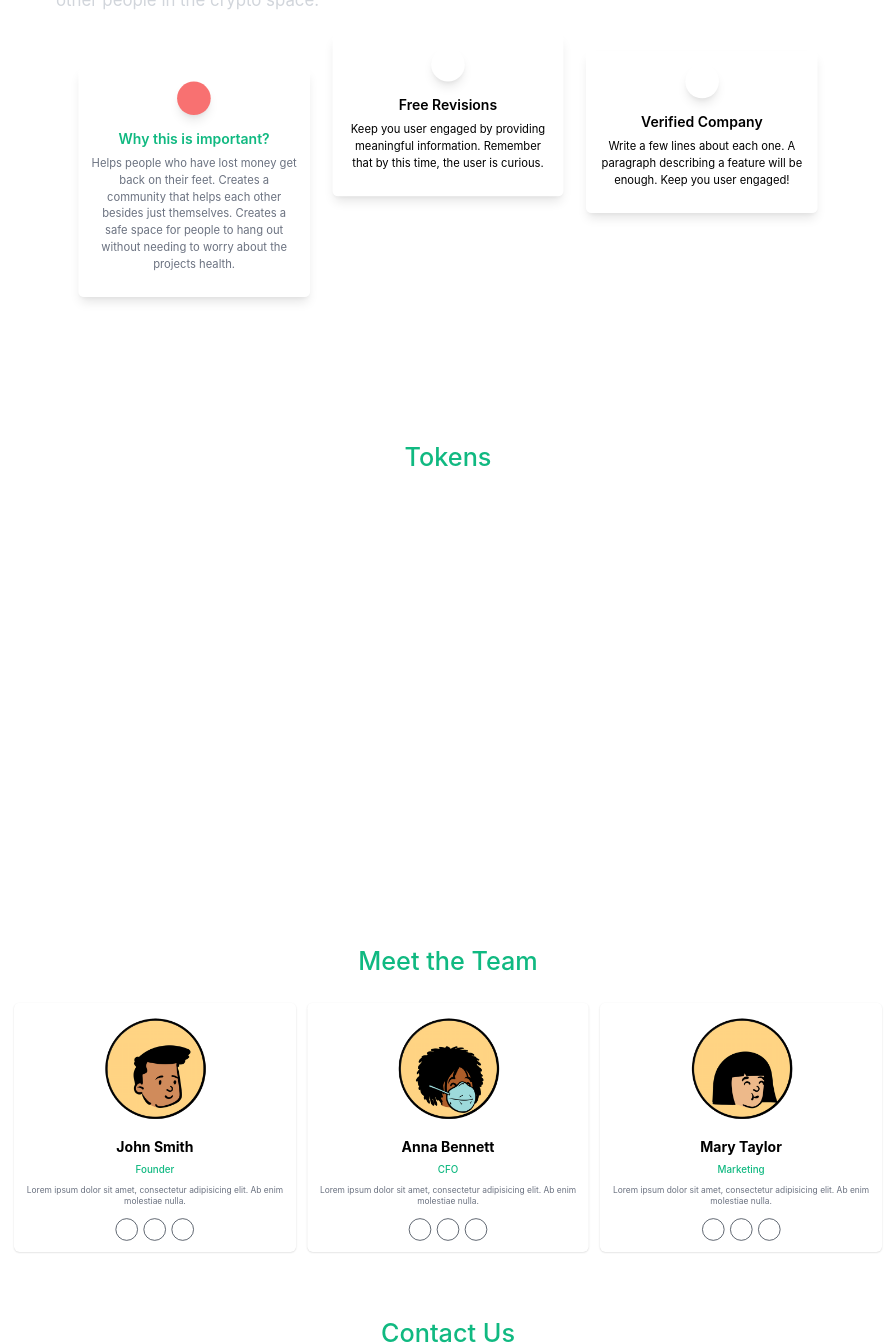
Repository: rhinorphan/phat-landing-page
Page: /
These files come from the project's save history. The page is drawn as it stood at one moment and after the next save; the edit follows.
The browser window is 1280 px wide. The pictures show the part of the page from y = 1528 to 3448 px (the page is 4064 px tall before and 4096 px after), at 70% of full size.
The project was rebuilt for these pictures with package versions that can differ from the ones it lists, and the page was loaded fresh each time. Also part of the build but not shown: craco.config.js.

Above is the page before, as saved 2021-11-17 17:31:29.

### public/index.html
<!DOCTYPE html>
<html lang="en">
  <head>
    <meta charset="utf-8" />
    <link rel="icon" href="%PUBLIC_URL%/assets/images/server_icon.png" />
    <meta name="PHAT" content="width=device-width, initial-scale=1" />
    <meta name="theme-color" content="#000000" />
    <meta
      name="description"
      content="PHAT Landing Page"
    />
    <link rel="apple-touch-icon" href="%PUBLIC_URL%/assets/images/server_icon.png" />
    <!--
      manifest.json provides metadata used when your web app is installed on a
      user's mobile device or desktop. See https://developers.google.com/web/fundamentals/web-app-manifest/
    -->
    <link rel="manifest" href="%PUBLIC_URL%/manifest.json" />
    <!--
      Notice the use of %PUBLIC_URL% in the tags above.
      It will be replaced with the URL of the `public` folder during the build.
      Only files inside the `public` folder can be referenced from the HTML.

      Unlike "/favicon.ico" or "favicon.ico", "%PUBLIC_URL%/favicon.ico" will
      work correctly both with client-side routing and a non-root public URL.
      Learn how to configure a non-root public URL by running `npm run build`.
    -->
    <title>Party Hats</title>
  </head>
  <body>
    <noscript>You need to enable JavaScript to run this app.</noscript>
    <div id="root"></div>
    <!--
      This HTML file is a template.
      If you open it directly in the browser, you will see an empty page.

      You can add webfonts, meta tags, or analytics to this file.
      The build step will place the bundled scripts into the <body> tag.

      To begin the development, run `npm start` or `yarn start`.
      To create a production bundle, use `npm run build` or `yarn build`.
    -->
  </body>
</html>

### src/App.js
import logo from './logo.svg';
import './App.css';
import Header from './components/Header';
import Contact from './components/Contact';
import Landing from './components/Landing';
import Community from './components/Community';
import Tokens from './components/Tokens';
import About from './components/About';

function App() {
  return (
    <div className="app">
        <Header />
        <div className="app__body">
          <Landing />
          <Community />
          <Tokens />
          <About />
          <Contact />
        </div>
    </div>
  );
}

export default App;

### src/App.css
.active {
  @apply py-4 px-2 text-green-500 border-b-4 border-green-500 font-semibold
}

.active2 {
  @apply block text-sm px-2 py-4 text-white bg-green-500 font-semibold
}

.nobull {
  list-style-type: none;
}

### src/components/Header.js
import React from 'react';
import { Link, animateScroll as scroll } from "react-scroll";

function Header() {

  const handleSubmit = (e) => {
    e.preventDefault();

		const menu = document.querySelector(".mobile-menu");

		menu.classList.toggle("hidden");
  }
  const scrollToTop = (e) => {
    scroll.scrollToTop();
  };

  return (
    <nav class="bg-white shadow-lg sticky top-0">
			<div class="max-w-6xl mx-auto px-4">
				<div class="flex justify-between">
					<div class="flex space-x-7">
						<div>
							<a href="" class="flex items-center py-4 px-2">
								<img src={`${process.env.PUBLIC_URL}/assets/images/server_icon.png`} alt="Logo" class="inline object-cover w-12 h-12 mr-4 rounded-full"/>
								<span onClick={scrollToTop}class="font-semibold text-gray-500 text-lg">Party Hats</span>
							</a>
						</div>
						<div class="hidden md:flex items-center space-x-1 nobull">
              <li><Link activeClass="active" className="py-4 px-2 text-gray-500 font-semibold hover:text-green-500 transition duration-300 cursor-pointer"
              to="landing" spy={true} smooth={true} duration={500}>Home</Link></li>
							<li><Link activeClass="active" className="py-4 px-2 text-gray-500 font-semibold hover:text-green-500 transition duration-300 cursor-pointer"
              to="community" spy={true} smooth={true} duration={500}>Community</Link></li>
              <li><Link activeClass="active" className="py-4 px-2 text-gray-500 font-semibold hover:text-green-500 transition duration-300 cursor-pointer"
              to="token" spy={true} smooth={true} duration={500}>Tokens</Link></li>
							<li><Link activeClass="active" className="py-4 px-2 text-gray-500 font-semibold hover:text-green-500 transition duration-300 cursor-pointer"
              to="about" spy={true} smooth={true} duration={500}>About</Link></li>
							<li><Link activeClass="active" className="py-4 px-2 text-gray-500 font-semibold hover:text-green-500 transition duration-300 cursor-pointer"
              to="contact" spy={true} smooth={true} duration={500}>Contact</Link></li>
						</div>
					</div>
					<div class="hidden md:flex items-center space-x-3 ">
						<a target="_blank" rel="noopener noreferrer" href="https://tetr.io/" class="py-2 px-8 font-medium text-white bg-green-500 hover:bg-green-400 transition duration-300 rounded-full">Play</a>
					</div>
					<div class="md:hidden flex items-center">
						<button class="outline-none mobile-menu-button" onClick={handleSubmit}>
						<svg class=" w-6 h-6 text-gray-500 hover:text-green-500 "
							x-show="!showMenu"
							fill="none"
							stroke-linecap="round"
							stroke-linejoin="round"
							stroke-width="2"
							viewBox="0 0 24 24"
							stroke="currentColor"
						>
							<path d="M4 6h16M4 12h16M4 18h16"></path>
						</svg>
					</button>
					</div>
				</div>
			</div>
			<div class="hidden mobile-menu">
				<ul class="">
					<li><Link activeClass="active2" className="block text-sm px-2 py-4 hover:bg-green-500 transition duration-300 hover:text-white cursor-pointer"
              to="landing" spy={true} smooth={true} duration={500}>Home</Link></li>
					<li><Link activeClass="active2" className="block text-sm px-2 py-4 hover:bg-green-500 transition duration-300 hover:text-white cursor-pointer"
              to="community" spy={true} smooth={true} duration={500}>Community</Link></li>
          <li><Link activeClass="active2" className="block text-sm px-2 py-4 hover:bg-green-500 transition duration-300 hover:text-white cursor-pointer"
              to="token" spy={true} smooth={true} duration={500}>Tokens</Link></li>
					<li><Link activeClass="active2" className="block text-sm px-2 py-4 hover:bg-green-500 transition duration-300 hover:text-white cursor-pointer"
              to="about" spy={true} smooth={true} duration={500}>About</Link></li>
					<li><Link activeClass="active2" className="block text-sm px-2 py-4 hover:bg-green-500 transition duration-300 hover:text-white cursor-pointer"
              to="contact" spy={true} smooth={true} duration={500}>Contact</Link></li>
				</ul>
			</div>
		</nav>
  )
}

export default Header

### src/components/Contact.js
import React from 'react'
import { Link, animateScroll as scroll } from "react-scroll";

function Contact() {

  return (
    <section
      className="text-gray-700 body-font h-100" name="contact">
        <div className="container px-5 py-18 mx-auto">
          <div className="flex flex-col text-center w-full mb-12">
            <h1 className="sm:text-4xl text-2xl font-medium title-font mb-4 text-green-500">
              Contact Us
            </h1>
            <p className="lg:w-2/3 mx-auto leading-relaxed text-base">
            Neque porro quisquam est qui dolorem ipsum quia dolor sit amet, consectetur, adipisci velit.
            </p>
          </div>
          <div className="lg:w-1/2 md:w-2/3 mx-auto">
            <div className="flex flex-wrap -m-2">
              <div className="p-2 w-1/2">
                <div className="">
                  <label for="name" className="leading-7 text-sm text-gray-600">
                    Name
                  </label>
                  <input
                    type="text"
                    id="name"
                    name="name"
                    className="w-full bg-gray-100 rounded border border-gray-300 focus:border-green-500 text-base outline-none text-gray-700 py-1 px-3 leading-8 transition-colors duration-200 ease-in-out"
                  />
                </div>
              </div>
              <div className="p-2 w-1/2">
                <div className="">
                  <label
                    for="email"
                    className="leading-7 text-sm text-gray-600"
                  >
                    Email
                  </label>
                  <input
                    type="email"
                    id="email"
                    name="email"
                    className="w-full bg-gray-100 rounded border border-gray-300 focus:border-green-500 text-base outline-none text-gray-700 py-1 px-3 leading-8 transition-colors duration-200 ease-in-out"
                  />
                </div>
              </div>
              <div className="p-2 w-full">
                <div className="">
                  <label
                    for="message"
                    className="leading-7 text-sm text-gray-600"
                  >
                    Message
                  </label>
                  <textarea
                    id="message"
                    name="message"
                    className="w-full bg-gray-100 rounded border border-gray-300 focus:border-green-500 h-32 text-base outline-none text-gray-700 py-1 px-3 resize-none leading-6 transition-colors duration-200 ease-in-out"
                  ></textarea>
                </div>
              </div>
              <div className="p-2 w-full">
                <button className="flex mx-auto py-2 px-8 font-medium text-white bg-green-500 rounded hover:bg-green-400 transition duration-300">
                  Send
                </button>
              </div>
              <div className="p-2 w-full pt-8 mt-8 border-t border-gray-200 text-center">
                <a className="text-green-500">example@email.com</a>
                <p className="leading-normal my-5">
                  49 Smith St.
                  <br />
                  Saint Cloud, MN 56301
                </p>
                <span className="inline-flex">
                  <a className="ml-4 text-gray-500">
                    <svg xmlns="http://www.w3.org/2000/svg" className="w-5 h-5" fill="currentColor" class="bi bi-discord" viewBox="0 0 16 16">
                      <path d="M13.545 2.907a13.227 13.227 0 0 0-3.257-1.011.05.05 0 0 0-.052.025c-.141.25-.297.577-.406.833a12.19 12.19 0 0 0-3.658 0 8.258 8.258 0 0 0-.412-.833.051.051 0 0 0-.052-.025c-1.125.194-2.22.534-3.257 1.011a.041.041 0 0 0-.021.018C.356 6.024-.213 9.047.066 12.032c.001.014.01.028.021.037a13.276 13.276 0 0 0 3.995 2.02.05.05 0 0 0 .056-.019c.308-.42.582-.863.818-1.329a.05.05 0 0 0-.01-.059.051.051 0 0 0-.018-.011 8.875 8.875 0 0 1-1.248-.595.05.05 0 0 1-.02-.066.051.051 0 0 1 .015-.019c.084-.063.168-.129.248-.195a.05.05 0 0 1 .051-.007c2.619 1.196 5.454 1.196 8.041 0a.052.052 0 0 1 .053.007c.08.066.164.132.248.195a.051.051 0 0 1-.004.085 8.254 8.254 0 0 1-1.249.594.05.05 0 0 0-.03.03.052.052 0 0 0 .003.041c.24.465.515.909.817 1.329a.05.05 0 0 0 .056.019 13.235 13.235 0 0 0 4.001-2.02.049.049 0 0 0 .021-.037c.334-3.451-.559-6.449-2.366-9.106a.034.034 0 0 0-.02-.019Zm-8.198 7.307c-.789 0-1.438-.724-1.438-1.612 0-.889.637-1.613 1.438-1.613.807 0 1.45.73 1.438 1.613 0 .888-.637 1.612-1.438 1.612Zm5.316 0c-.788 0-1.438-.724-1.438-1.612 0-.889.637-1.613 1.438-1.613.807 0 1.451.73 1.438 1.613 0 .888-.631 1.612-1.438 1.612Z"/>
                    </svg>
                  </a>
                  <a className="ml-4 text-gray-500">
                    <svg xmlns="http://www.w3.org/2000/svg" className="w-5 h-5" fill="currentColor" class="bi bi-telegram" viewBox="0 0 16 16">
                      <path d="M16 8A8 8 0 1 1 0 8a8 8 0 0 1 16 0zM8.287 5.906c-.778.324-2.334.994-4.666 2.01-.378.15-.577.298-.595.442-.03.243.275.339.69.47l.175.055c.408.133.958.288 1.243.294.26.006.549-.1.868-.32 2.179-1.471 3.304-2.214 3.374-2.23.05-.012.12-.026.166.016.047.041.042.12.037.141-.03.129-1.227 1.241-1.846 1.817-.193.18-.33.307-.358.336a8.154 8.154 0 0 1-.188.186c-.38.366-.664.64.015 1.088.327.216.589.393.85.571.284.194.568.387.936.629.093.06.183.125.27.187.331.236.63.448.997.414.214-.02.435-.22.547-.82.265-1.417.786-4.486.906-5.751a1.426 1.426 0 0 0-.013-.315.337.337 0 0 0-.114-.217.526.526 0 0 0-.31-.093c-.3.005-.763.166-2.984 1.09z"/>
                    </svg>
                  </a>
                </span>
              </div>
            </div>
          </div>
        </div>
      </section>
  )
}

export default Contact

### src/components/Landing.js
import React from 'react'
import { Link, animateScroll as scroll } from "react-scroll";

function Landing() {
  return (
    <section className="grid md:flex place-items-center h-screen py-10 px-4" name="landing">
      <div class="mx-16">
        <h2 class="text-4xl  font-bold mb-2 text-green-500">
          Community Arcade Cabinet
        </h2>
        <h3 class="text-2xl mb-2 text-gray-300">
        With your beloved games.
        </h3>
        <h3 class="text-2xl mb-8 text-green-500">
        Join the revolution!
        </h3>

        <button class="m-2 bg-white font-bold rounded-full py-4 px-8 shadow-lg uppercase tracking-wider text-green-500 hover:bg-green-400 transition duration-300 hover:text-white">
          <a target="_blank" rel="noopener noreferrer" href="https://lionell-moore.gitbook.io/crypto-party-hats/introductions/what-is-party-hats">Whitepaper</a>
        </button>
        <button class="m-2 bg-white font-bold rounded-full py-4 px-8 shadow-lg uppercase tracking-wider text-green-500 hover:bg-green-400 transition duration-300 hover:text-white">
          <a target="_blank" rel="noopener noreferrer" href="#"><Link activeClass="active"
              to="community" spy={true} smooth={true} duration={500}>Learn More</Link></a>
        </button>
      </div>
      <div className="w-full">
        <img src={`${process.env.PUBLIC_URL}/assets/images/landing.png`} alt="" className="h-full w-full"/>
      </div>
    </section>
  )
}

export default Landing

### src/components/Community.js
import React from 'react'

function Community() {
  return (
    <section className="grid md:grid place-items-center h-100 py-10 px-4" name="community">
      <div className="w-min-50">
        <img src={`${process.env.PUBLIC_URL}/assets/images/collab.png`} alt=""/>
      </div>
      <div class="mx-16 w-50">
        <h2 class="flex text-4xl  font-bold mb-2 text-green-500 justify-center">
        Party Hats?
        </h2>
        <h3 class="flex text-2xl mb-2 text-gray-300 justify-content">
        The Party Hats team and our community aims to be a central guild for anyone to join in and spend some time playing games with others as if you were at the arcade with friends. Out community will be more focused on helping fellow members who have either been rugpulled on or scammed by other people in the crypto space.
        </h3>
        <section class="pb-10 bg-blueGray-200 mt-8">
        <div class="container mx-auto px-4">
          <div class="flex flex-wrap">
            <div class="lg:pt-12 pt-6 w-full md:w-4/12 px-4 text-center">
              <div class="relative flex flex-col min-w-0 break-words bg-white w-full mb-8 shadow-lg rounded-lg">
                <div class="px-4 py-5 flex-auto">
                  <div class="text-white p-3 text-center inline-flex items-center justify-center w-12 h-12 mb-5 shadow-lg rounded-full bg-red-400">
                    <i class="fas fa-award"></i>
                  </div>
                  <h6 class="text-xl font-semibold text-green-500">Why this is important?</h6>
                  <p class="mt-2 mb-4 text-gray-500">
                  Helps people who have lost money get back on their feet.
                  Creates a community that helps each other besides just themselves.
                  Creates a safe space for people to hang out without needing to worry about the projects health.
                  </p>
                </div>
              </div>
            </div>
            <div class="w-full md:w-4/12 px-4 text-center">
              <div class="relative flex flex-col min-w-0 break-words bg-white w-full mb-8 shadow-lg rounded-lg">
                <div class="px-4 py-5 flex-auto">
                  <div class="text-white p-3 text-center inline-flex items-center justify-center w-12 h-12 mb-5 shadow-lg rounded-full bg-lightBlue-400">
                    <i class="fas fa-retweet"></i>
                  </div>
                  <h6 class="text-xl font-semibold">Free Revisions</h6>
                  <p class="mt-2 mb-4 text-blueGray-500">
                    Keep you user engaged by providing meaningful information.
                    Remember that by this time, the user is curious.
                  </p>
                </div>
              </div>
            </div>
            <div class="pt-6 w-full md:w-4/12 px-4 text-center">
              <div class="relative flex flex-col min-w-0 break-words bg-white w-full mb-8 shadow-lg rounded-lg">
                <div class="px-4 py-5 flex-auto">
                  <div class="text-white p-3 text-center inline-flex items-center justify-center w-12 h-12 mb-5 shadow-lg rounded-full bg-emerald-400">
                    <i class="fas fa-fingerprint"></i>
                  </div>
                  <h6 class="text-xl font-semibold">Verified Company</h6>
                  <p class="mt-2 mb-4 text-blueGray-500">
                    Write a few lines about each one. A paragraph describing a
                    feature will be enough. Keep you user engaged!
                  </p>
                </div>
              </div>
            </div>
          </div>
        </div>
        </section>
      </div>
    </section>
  )
}

export default Community

### src/components/Tokens.js
import React from 'react'

function Tokens() {
  return (
    <section name="token" className="h-screen container px-5 py-24 mx-auto flex justify-center">
      <p className="sm:text-4xl text-2xl font-medium title-font mb-4 text-green-500">Tokens</p>
    </section>
  )
}

export default Tokens

### src/components/About.js
import React from 'react'

// shadow-lg border border-gray-200 rounded-full overflow-hidden - picture TEAM div className

function About() {
  return (
    <section name="about" className="h-100 container px-5 py-24 mx-auto flex-col">
      <div>
        <p className="flex justify-center sm:text-4xl text-2xl font-medium title-font mb-10 text-green-500">Meet the Team</p>
      </div>
      <div class="flex flex-col sm:flex-row gap-4">

			<div class="flex flex-col items-center justify-center bg-white p-4 shadow rounded-lg">
				<div class="inline-flex h-40 w-40">
					<img src={`${process.env.PUBLIC_URL}/assets/images/team1.png`}
						 alt=""
						 class="h-full w-full"/>
				</div>

				<h2 class="mt-4 font-bold text-xl">John Smith</h2>
				<h6 class="mt-2 text-sm font-medium text-green-500">Founder</h6>

				<p class="text-xs text-gray-500 text-center mt-3">
					Lorem ipsum dolor sit amet, consectetur adipisicing elit. Ab enim molestiae nulla.
				</p>

				<ul class="flex flex-row mt-4 space-x-2">
					<li>
						<a href="" class="flex items-center justify-center h-8 w-8 border rounded-full text-gray-800 border-gray-800">
							<i class="fab fa-facebook"></i>
						</a>
					</li>
					<li>
						<a href="" class="flex items-center justify-center h-8 w-8 border rounded-full text-gray-800 border-gray-800">
							<i class="fab fa-twitter"></i>
						</a>
					</li>
					<li>
						<a href="" class="flex items-center justify-center h-8 w-8 border rounded-full text-gray-800 border-gray-800">
							<i class="fab fa-instagram"></i>
						</a>
					</li>
				</ul>
			</div>

			<div class="flex flex-col items-center justify-center bg-white p-4 shadow rounded-lg">
				<div class="inline-flex h-40 w-40">
					<img src={`${process.env.PUBLIC_URL}/assets/images/team2.png`}
						 alt=""
						 class="h-full w-full"/>
				</div>

				<h2 class="mt-4 font-bold text-xl">Anna Bennett</h2>
				<h6 class="mt-2 text-sm font-medium text-green-500">CFO</h6>

				<p class="text-xs text-gray-500 text-center mt-3">
					Lorem ipsum dolor sit amet, consectetur adipisicing elit. Ab enim molestiae nulla.
				</p>

				<ul class="flex flex-row mt-4 space-x-2">
					<li>
						<a href="" class="flex items-center justify-center h-8 w-8 border rounded-full text-gray-800 border-gray-800">
							<i class="fab fa-facebook"></i>
						</a>
					</li>
					<li>
						<a href="" class="flex items-center justify-center h-8 w-8 border rounded-full text-gray-800 border-gray-800">
							<i class="fab fa-twitter"></i>
						</a>
					</li>
					<li>
						<a href="" class="flex items-center justify-center h-8 w-8 border rounded-full text-gray-800 border-gray-800">
							<i class="fab fa-instagram"></i>
						</a>
					</li>
				</ul>
			</div>

			<div class="flex flex-col items-center justify-center bg-white p-4 shadow rounded-lg">
				<div class="inline-flex h-40 w-40">
					<img src={`${process.env.PUBLIC_URL}/assets/images/team3.png`}
						 alt=""
						 class="h-full w-full"/>
				</div>

				<h2 class="mt-4 font-bold text-xl">Mary Taylor</h2>
				<h6 class="mt-2 text-sm font-medium text-green-500">Marketing</h6>

				<p class="text-xs text-gray-500 text-center mt-3">
					Lorem ipsum dolor sit amet, consectetur adipisicing elit. Ab enim molestiae nulla.
				</p>

				<ul class="flex flex-row mt-4 space-x-2">
					<li>
						<a href="" class="flex items-center justify-center h-8 w-8 border rounded-full text-gray-800 border-gray-800">
							<i class="fab fa-facebook"></i>
						</a>
					</li>
					<li>
						<a href="" class="flex items-center justify-center h-8 w-8 border rounded-full text-gray-800 border-gray-800">
							<i class="fab fa-twitter"></i>
						</a>
					</li>
					<li>
						<a href="" class="flex items-center justify-center h-8 w-8 border rounded-full text-gray-800 border-gray-800">
							<i class="fab fa-instagram"></i>
						</a>
					</li>
				</ul>
			</div>

		</div>

    </section>
  )
}

export default About

Loaded but not shown: src/index.js (common file); src/index.css (common file); src/reportWebVitals.js (common file); tailwind.config.js (common file)

After the next save:
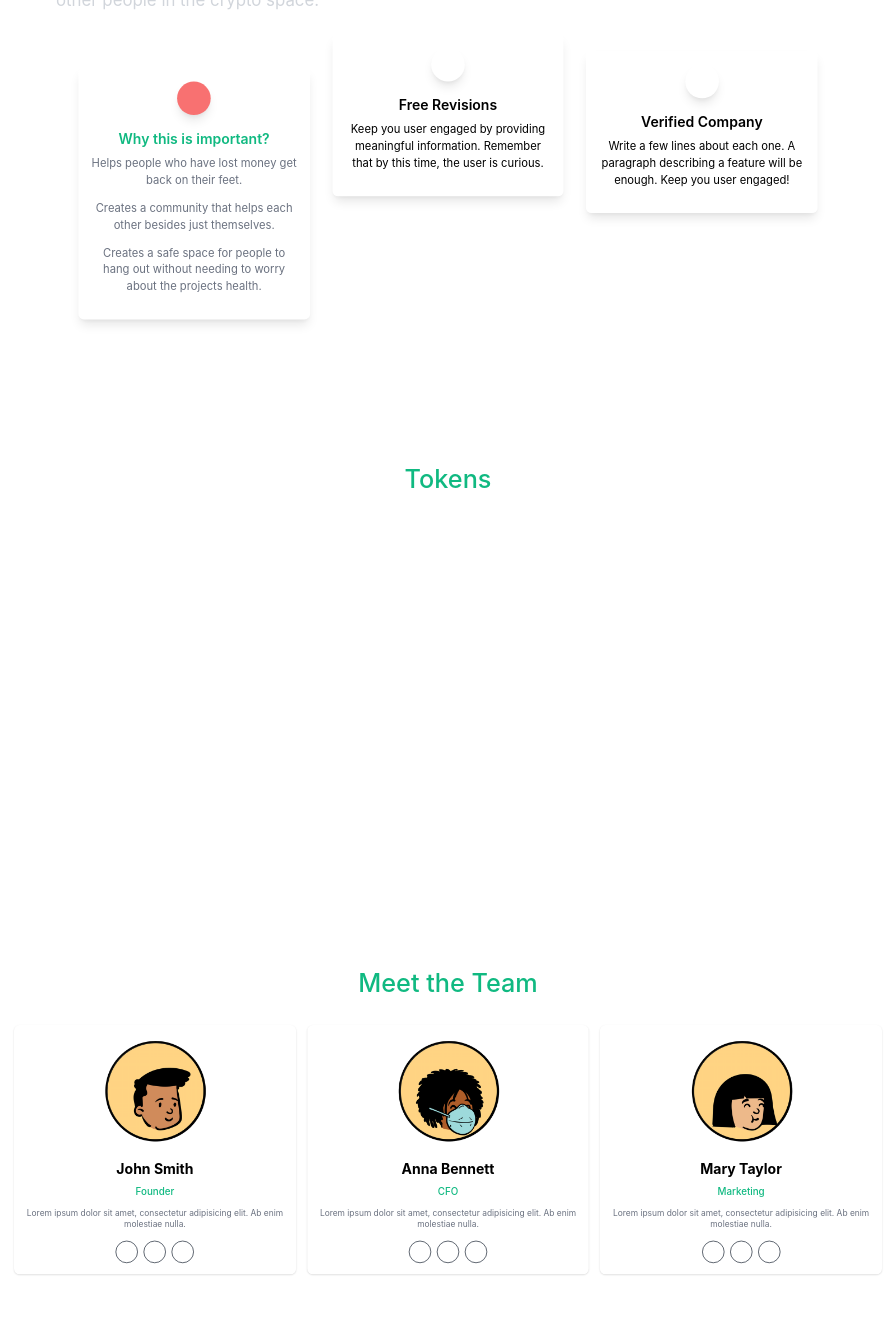
Saved 49 s later.
--- a/src/components/Community.js
+++ b/src/components/Community.js
@@ -24,8 +24,11 @@ function Community() {
                   </div>
                   <h6 class="text-xl font-semibold text-green-500">Why this is important?</h6>
                   <p class="mt-2 mb-4 text-gray-500">
-                  Helps people who have lost money get back on their feet.
+                  Helps people who have lost money get back on their feet.</p>
+                  <p class="mt-2 mb-4 text-gray-500">
                   Creates a community that helps each other besides just themselves.
+                  </p>
+                  <p class="mt-2 mb-4 text-gray-500">
                   Creates a safe space for people to hang out without needing to worry about the projects health.
                   </p>
                 </div>
